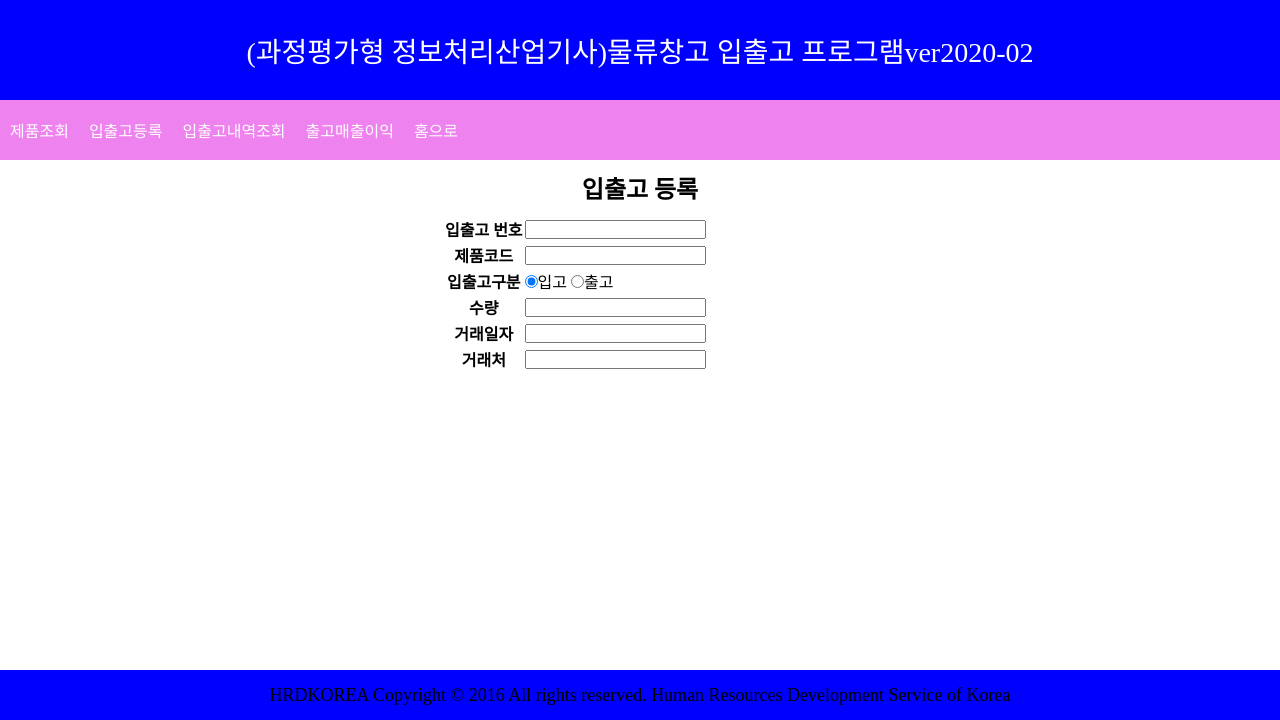
Repository: anakyn01/2_two
Page: http://localhost/cbq_1/two.jsp
The author's editor kept a copy of each file at every save. The page is drawn from the files as they stood at one save, then again after the next save.
The browser window is 1280 px wide. The pictures show the whole page.
The page is served by Tomcat 9. Other server files are loaded and not shown.

Above is the page before, as saved 2024-12-11 06:21:11.

### exam/cbq_1/src/main/webapp/two.jsp
<%@ page language="java" contentType="text/html; charset=UTF-8"
    pageEncoding="UTF-8"%>
<jsp:include page="include/header.jsp" flush="false" />

<h1>입출고 등록</h1>

<table>
<colgroup>
<col style="width:20%"/>
<col style="width:80%"/>
</colgroup>

<tr>
<th>입출고 번호</th><td><input type="text" name="t_no"/></td>
</tr>
<tr>
<th>제품코드</th><td><input type="text" name="p_code"/></td>
</tr>
<tr>
<th>입출고구분</th>
<td>
<input type="radio" name="t_type" value="입고" checked/>입고
<input type="radio" name="t_type" value="출고"/>출고
</td>
</tr>
<tr>
<th>수량</th><td><input type="text" name="t_cnt"/></td>
</tr>
<tr>
<th>거래일자</th><td><input type="text" name="t_date"/></td>
</tr>
<tr>
<th>거래처</th><td><input type="text" name="c_code"/></td>
</tr>

</table>

<jsp:include page="include/footer.jsp" flush="false" />

### exam/cbq_1/src/main/webapp/include/header.jsp
<%@ page language="java" contentType="text/html; charset=UTF-8"
    pageEncoding="UTF-8"%>
<!DOCTYPE html>
<html>
<head>
<meta charset="UTF-8">
<title>물류창고 입출고 프로그램</title>
<link rel="stylesheet" href="css/style.css"/>
</head>
<body>
<header>
(과정평가형 정보처리산업기사)물류창고 입출고 프로그램ver2020-02
</header>
<nav>
<ul class="nav">
<li><a href="one.jsp">제품조회</a></li>
<li><a href="two.jsp">입출고등록</a></li>
<li><a href="three.jsp">입출고내역조회</a></li>
<li><a href="four.jsp">출고매출이익</a></li>
<li><a href="/">홈으로</a></li>
</ul>
</nav>

### exam/cbq_1/src/main/webapp/include/footer.jsp
<%@ page language="java" contentType="text/html; charset=UTF-8"
    pageEncoding="UTF-8"%>
<footer>
HRDKOREA Copyright &copy; 2016 All rights reserved. Human Resources Development Service of Korea
</footer>
</body>
</html>

### exam/cbq_1/src/main/webapp/css/style.css
@charset "UTF-8";

html, html * {
margin:0; padding:0; box-sizing:border-box;
}
header{
width:100%; background-color:blue;
height:100px; color:white; font-size:28px;
display:flex; justify-content:center; align-items:center;
}
nav{
width:100%;	background-color:violet; height:60px; font-size:16px; height:60px;
}
.nav{
width:100%;	height:60px; display:flex; justify-content:flex-start; align-items:center;
}
ul,ol,li{list-style:none; }
.nav li a {
height:60px; display:flex; align-items:center; padding:0px 10px; color:white
}
a {text-decoration:none; }

h1{text-align:center; font-size:24px; margin:10px 0px;}

table, tr, td, th {
border-collapse:separate;
margin:0 auto;
}

footer{
width:100%; background-color:blue;
height:50px; font-size:18px;
display:flex; justify-content:center; align-items:center;
position:fixed; z-index:2; right:0; bottom:0;
}

After the next save:
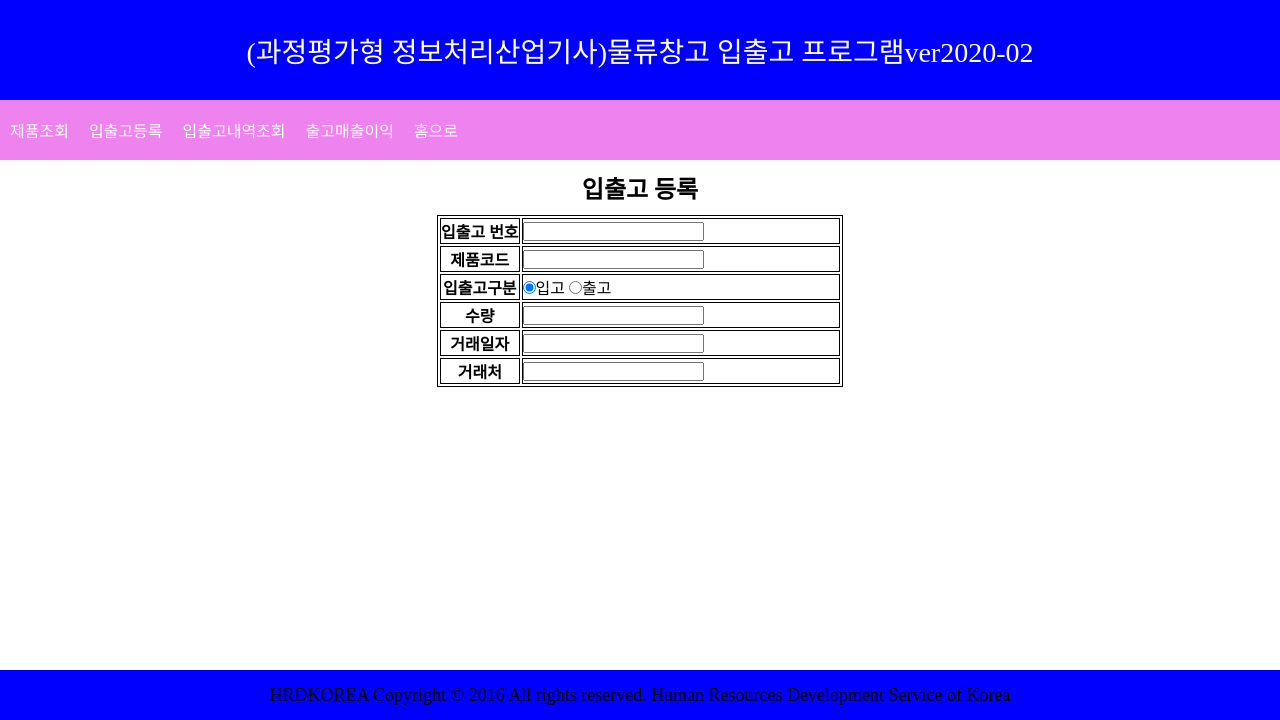
Saved 62 s later.
--- a/exam/cbq_1/src/main/webapp/css/style.css
+++ b/exam/cbq_1/src/main/webapp/css/style.css
@@ -25,6 +25,7 @@ h1{text-align:center; font-size:24px; margin:10px 0px;}
 table, tr, td, th {
 border-collapse:separate;
 margin:0 auto;
+border:1px solid;
 }
 
 footer{
